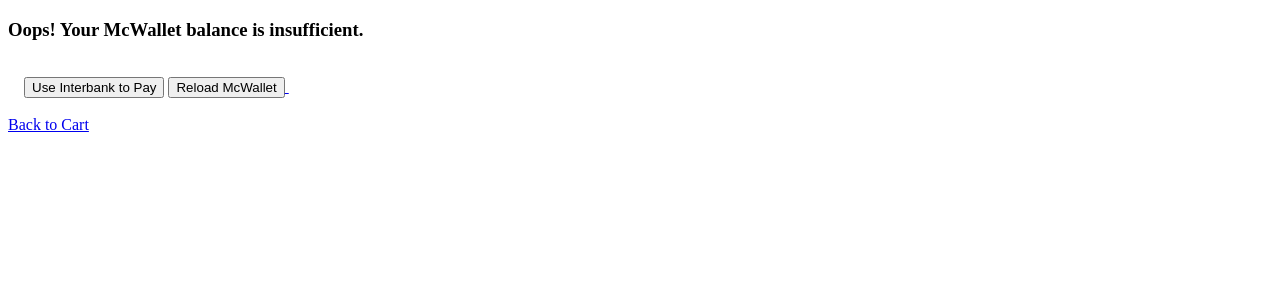
Repository: Jeck97/Mcdonald-Delivery-System
Page: McDelivery/WebContent/placeOrder/insufficientBalancePage.html
The author's editor kept a copy of each file at every save. The page is drawn from the files as they stood at one save, then again after the next save.
The browser window is 1280 px wide. The pictures show the whole page.

Above is the page before, as saved 2020-07-11 16:52:03.

### McDelivery/WebContent/placeOrder/insufficientBalancePage.html
<!DOCTYPE html>
<html>
<head>
<meta charset="ISO-8859-1">
<title>Insufficient Balance Page</title>
</head>
<body>

	<h3>Oops! Your McWallet balance is insufficient.</h3>

	<br>

	<form action="paymentServlet" method="post">

		<input type="hidden" name="payment_method" value="2">



		&nbsp; &nbsp;

		<input type="submit" value="Use Interbank to Pay">
		<a href="../reloadMcWallet/reloadForm.jsp">
			<button type="button">Reload McWallet</button>
		</a> &nbsp; &nbsp;

		<br><br>

		<a href="checkOutPage.jsp">Back to Cart</a>

	</form>

</body>
</html>

After the next save:
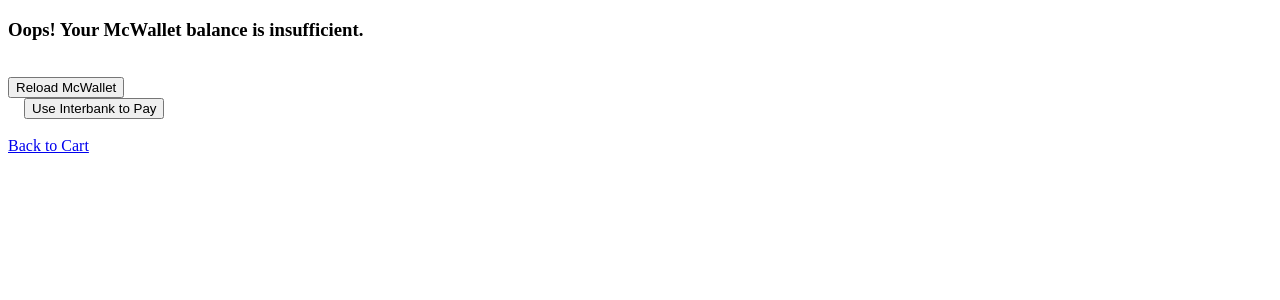
Saved 17 s later.
--- a/McDelivery/WebContent/placeOrder/insufficientBalancePage.html
+++ b/McDelivery/WebContent/placeOrder/insufficientBalancePage.html
@@ -14,14 +14,13 @@
 
 		<input type="hidden" name="payment_method" value="2">
 
-
-
+		<a href="../reloadMcWallet/reloadForm.jsp">
+			<button type="button">Reload McWallet</button>
+		</a>
+		<br>
 		&nbsp; &nbsp;
 
 		<input type="submit" value="Use Interbank to Pay">
-		<a href="../reloadMcWallet/reloadForm.jsp">
-			<button type="button">Reload McWallet</button>
-		</a> &nbsp; &nbsp;
 
 		<br><br>
 
